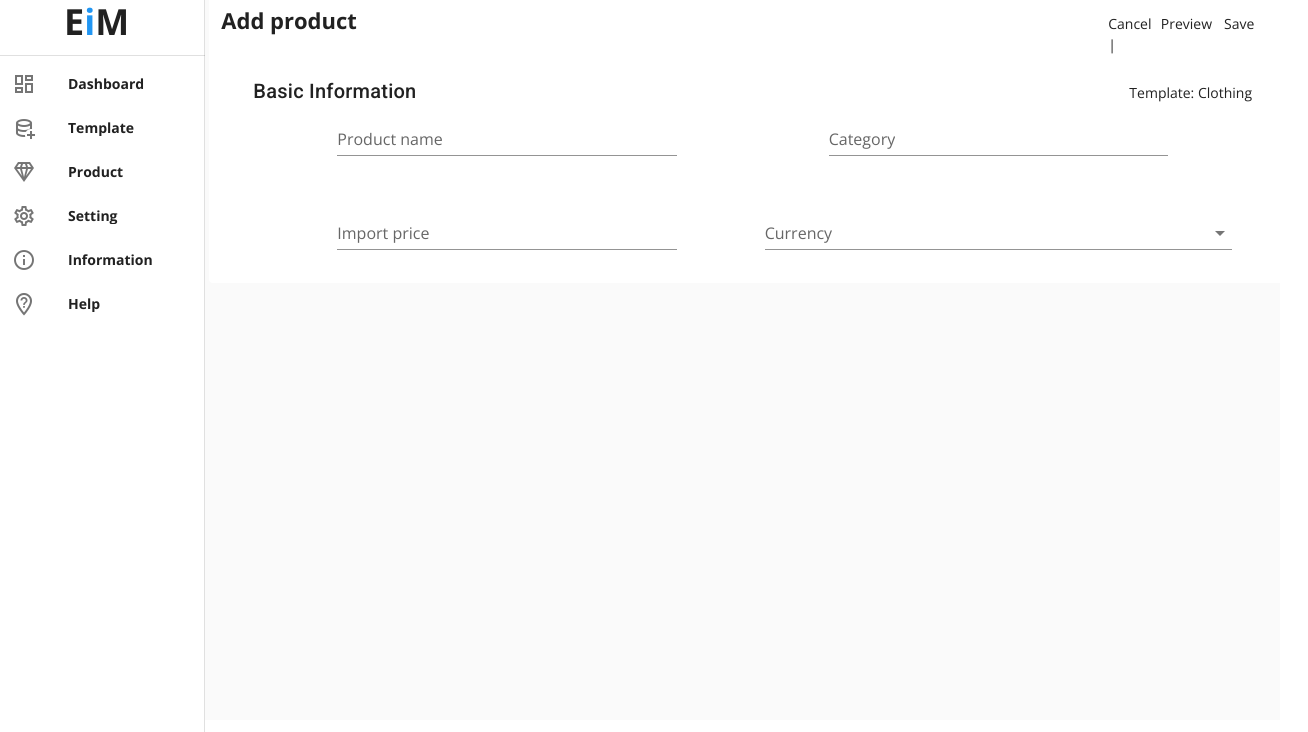
Repository: nguyenphuong152/pim-template
Page: /addproduct
An editor plug-in stored every save of this project. The page is shown before and after the next save, followed by the edit.
The browser window is 1280 px wide. The page is 1308 px wide, so the pictures cover 1308 px, including what lies to the right of the window. The pictures show the whole page.
The project was rebuilt for these pictures with package versions that can differ from the ones it lists, and the page was loaded fresh each time. Also part of the build but not shown: vue.config.js, src/views/Home.vue, src/components/Outcome_1/SearchTemplate.vue, src/components/Outcome_1/YourTemplate.vue, src/components/Outcome_1/ListComponent.vue, src/components/Outcome_1/AddInfo.vue, src/components/Outcome_1/AddDetail.vue, src/components/Outcome_1/CreateRegion.vue and 5 more.

Above is the page before, as saved 2020-12-21 11:21:00.

### public/index.html
<!DOCTYPE html>
<html lang="en">
  <head>
    <meta charset="utf-8" />
    <meta http-equiv="X-UA-Compatible" content="IE=edge" />
    <meta name="viewport" content="width=device-width,initial-scale=1.0" />
    <link rel="icon" href="<%= BASE_URL %>favicon.ico" />
    <link rel="preconnect" href="https://fonts.gstatic.com" />
    <link rel="preconnect" href="https://fonts.gstatic.com" />
    <link rel="preconnect" href="https://fonts.gstatic.com" />
    <link
      href="https://fonts.googleapis.com/css2?family=Open+Sans:wght@300;400;600;700;800&display=swap"
      rel="stylesheet"
    />
    <link
      href="https://fonts.googleapis.com/css?family=Montserrat:300,400,500,600,700"
      rel="stylesheet"
    />
    <title><%= htmlWebpackPlugin.options.title %></title>
    <link
      rel="stylesheet"
      href="https://fonts.googleapis.com/css?family=Roboto:100,300,400,500,700,900"
    />
    <link
      rel="stylesheet"
      href="https://cdn.jsdelivr.net/npm/@mdi/font@latest/css/materialdesignicons.min.css"
    />
  </head>
  <body>
    <noscript>
      <strong
        >We're sorry but <%= htmlWebpackPlugin.options.title %> doesn't work
        properly without JavaScript enabled. Please enable it to
        continue.</strong
      >
    </noscript>
    <div id="app"></div>
    <!-- built files will be auto injected -->
  </body>
</html>

### src/main.js
import Vue from 'vue'
import App from './App.vue'
import router from './router'
import '../sass/style.scss'
import vuetify from './plugins/vuetify';

Vue.config.productionTip = false

new Vue({
  router,
  vuetify,
  render: h => h(App)
}).$mount('#app')

### src/App.vue
<template>
  <v-app v-bind:style="{ background: activeColor }">
    <v-row>
      <v-col cols="2" class="pa-0">
        <v-navigation-drawer permanent width="220">
          <v-list-item>
            <v-list-item-content>
              <v-list-item-title class="logo">
                E<span class="blue--text">i</span>M
              </v-list-item-title>
            </v-list-item-content>
          </v-list-item>

          <v-divider></v-divider>

          <v-list dense nav class="text-start pl-4">
            <v-list-item
              v-for="item in items"
              :key="item.title"
              :to="item.path"
              color="blue"
            >
              <v-list-item-icon>
                <v-icon>{{ item.icon }}</v-icon>
              </v-list-item-icon>
              <v-list-item-content>
                <v-list-item-title class="template-title font-weight-bold ">{{
                  item.title
                }}</v-list-item-title>
              </v-list-item-content>
            </v-list-item>
          </v-list>
        </v-navigation-drawer>
      </v-col>
      <v-col class="pa-0">
        <router-view />
      </v-col>
    </v-row>
  </v-app>
</template>

<script>
export default {
  name: "App",
  components: {},
  watch: {
    $route(to) {
      document.title = `${to.meta.title}`;
    },
  },
  data() {
    return {
      clicked: false,
      activeColor: "#FAFAFA",
      items: [
        { title: "Dashboard", icon: "mdi-view-dashboard-outline", path: "" },
        {
          title: "Template",
          icon: "mdi-database-plus-outline",
          path: "/template",
        },
        { title: "Product", icon: "mdi-diamond-stone", path: "/product" },
        { title: "Setting", icon: "mdi-cog-outline", path: "" },
        { title: "Information", icon: "mdi-information-outline", path: "" },
        { title: "Help", icon: "mdi-map-marker-question-outline", path: "" },
      ],
      right: null,
    };
  },
};
</script>

### src/router/index.js
import Vue from "vue";
import VueRouter from "vue-router";
import Home from "../views/Home.vue";
import Template from "../views/Outcome_1/CreateProductTemplate.vue";
import Product from "../views/Outcome_2/Outcome_2_screen.vue";
import AddProduct from "../views/Outcome_2/AddProduct.vue";

Vue.use(VueRouter);

const routes = [
  {
    path: "/",
    name: "Home",
    component: Home,
  },
  {
    path: "/template",
    name: "Template",
    component: Template,
    meta: {
      title: "Add Template",
    },
  },
  {
    path: "/product",
    name: "Product",
    component: Product,
    meta: {
      title: "Product",
    },
  },
  {
    path: "/addproduct",
    name: "AddProduct",
    component: AddProduct,
    meta: {
      title: "Add Product",
    },
  },
  {
    path: "/about",
    name: "About",
    // route level code-splitting
    // this generates a separate chunk (about.[hash].js) for this route
    // which is lazy-loaded when the route is visited.
    component: () =>
      import(/* webpackChunkName: "about" */ "../views/About.vue"),
  },
];

const router = new VueRouter({
  mode: "history",
  base: process.env.BASE_URL,
  routes,
});

export default router;

### sass/style.scss
$font-primary: 'Open Sans',
sans-serif;

@import "~vuetify/src/styles/styles.sass";

$fontsize-content: 14px;
$fontsize-title: 24px;
$fontsize-logo:36px;
$fontsize-header:22px;
$fontsize-nav:20px;


#app {
  font-family: $font-primary;
   font-size:$fontsize-content;
  -webkit-font-smoothing: antialiased;
  -moz-osx-font-smoothing: grayscale;
  text-align: center;
  color: #2c3e50;
}

#nav {
  padding: 30px;
}

#nav a {
  font-weight: bold;
  color: #2c3e50;
}

#nav a.router-link-exact-active {
  color: #42b983;
}

.title {
  font: $font-primary !important;
  font-size: $fontsize-nav !important;
}

.logo {
  @extend .title;
  font-weight: 700 !important;
  font-size: $fontsize-logo !important;
}

.text-header {
  font: $font-primary !important;
  font-size: $fontsize-header !important;
  font-weight: 700;
}


.template-title {
  @extend .title;
  font-size: $fontsize-content !important;
}

### src/views/Outcome_2/AddProduct.vue
<template>
  <v-container class="pa-0">
    <v-card class="ma-1" flat>
      <v-container class="text-start">
        <v-row class="align-baseline">
          <v-col cols="10">
            <span class="text-header">Add product</span>
          </v-col>
          <v-col>
            <v-row>
              <v-col class="px-0">
                <span>Cancel |</span>
              </v-col>
              <v-col class="px-0 text-end">
                <span>Preview</span>
              </v-col>
              <v-col>
                <span>Save</span>
              </v-col>
            </v-row>
          </v-col>
        </v-row>
      </v-container>
    </v-card>
    <BasicInfo />
  </v-container>
</template>

<script>
import BasicInfo from "../../components/Outcome_2/BasicInfo";
export default {
  components: {
    BasicInfo,
  },
};
</script>

### src/components/Outcome_2/BasicInfo.vue
<template>
  <v-container class="text-start ma-1 pa-0">
    <v-card flat>
      <v-row class="d-flex align-baseline px-14 pt-4">
        <span class="title pr-1">Basic Information</span>
        <v-spacer></v-spacer>
        <span>Template: Clothing</span>
      </v-row>
      <v-container class="px-16 py-0">
        <v-row class="d-flex align-baseline pa-0">
          <v-col>
            <v-container class="py-0 px-16">
              <v-text-field
                color="blue darken-2"
                label="Product name"
                hint="Miniskirt-02"
                required
              ></v-text-field>
            </v-container>
          </v-col>
          <v-col>
            <v-container class="py-0 px-16">
              <v-text-field
                color="blue darken-2"
                label="Category"
                hint="Ex: Miniskirt"
                required
              ></v-text-field>
            </v-container>
          </v-col>
        </v-row>
        <v-row class="d-flex align-baseline">
          <v-col>
            <v-container class="py-0 px-16">
              <v-text-field
                color="blue darken-2"
                label="Import price"
                hint="180,000"
                required
              ></v-text-field>
            </v-container>
          </v-col>
          <v-col>
            <v-select :items="items" label="Currency"></v-select>
          </v-col>
        </v-row>
      </v-container>
    </v-card>
  </v-container>
</template>

<script>
export default {
  data: () => ({
    items: ["VND", "USD", "EUR"],
  }),
};
</script>

<style></style>

Loaded but not shown: src/plugins/vuetify.js (common file)

After the next save:
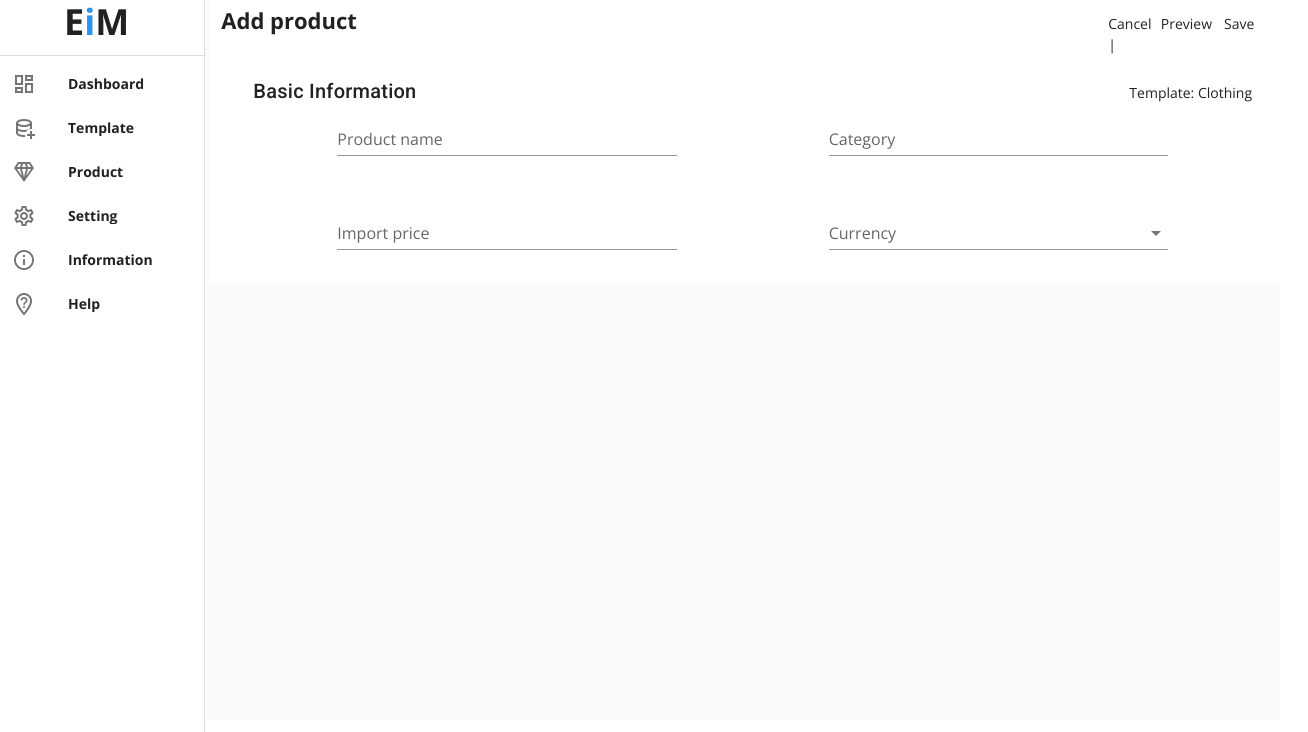
Saved 36 s later.
--- a/src/components/Outcome_2/BasicInfo.vue
+++ b/src/components/Outcome_2/BasicInfo.vue
@@ -41,7 +41,9 @@
             </v-container>
           </v-col>
           <v-col>
-            <v-select :items="items" label="Currency"></v-select>
+            <v-container class="py-0 px-16">
+              <v-select :items="items" label="Currency"></v-select>
+            </v-container>
           </v-col>
         </v-row>
       </v-container>
